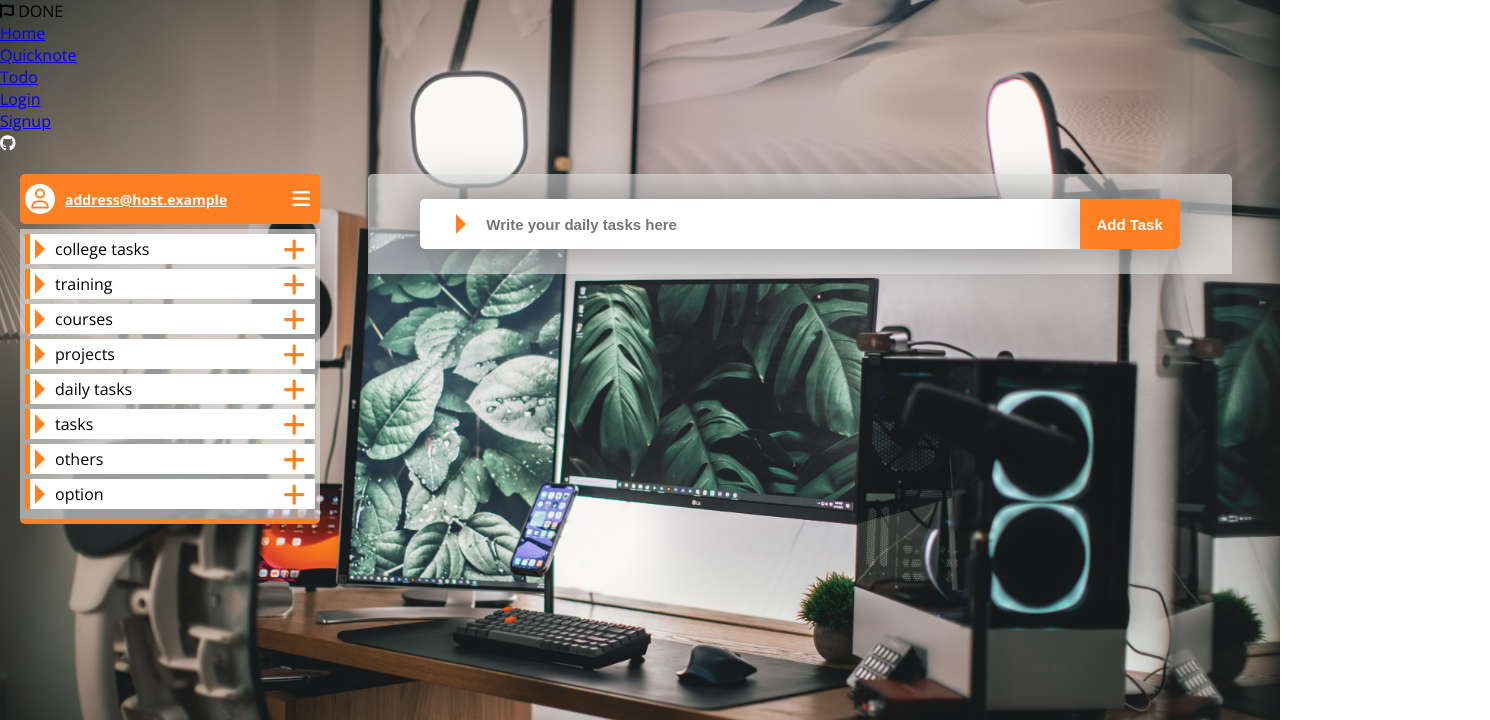
Repository: OmarEssameldinMousa/DONE
Page: mytasks.html
The author's editor kept a copy of each file at every save. The page is drawn from the files as they stood at one save, then again after the next save.
The browser window is 1280 px wide. The page is 1280 px wide, then 1490 px, so the pictures cover 1490 px, including what lies to the right of the window. The pictures show the whole page.

Above is the page before, as saved 2023-12-17 23:32:54.

After the next save:
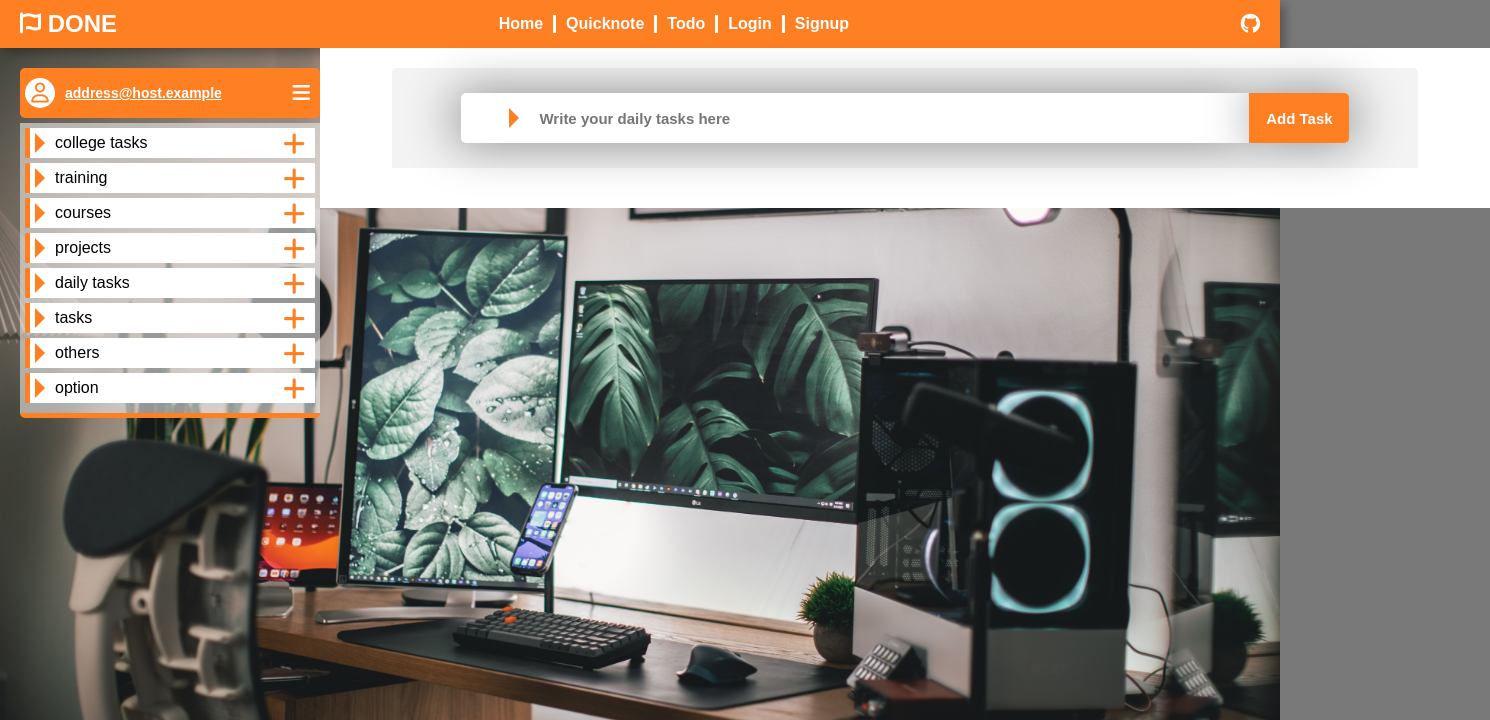
Saved 27 s later.
--- a/mytasks.html
+++ b/mytasks.html
@@ -6,6 +6,7 @@
     <meta name="viewport" content="width=device-width, initial-scale=1.0">
     <title>ToDo</title>
     <link rel="stylesheet" href="CSS/main.css">
+    <link rel="stylesheet" href="CSS/styles.css">
     <link rel="preconnect" href="https://fonts.gstatic.com" />
     <link rel="stylesheet" href="CSS/all.min.css">
     <link href="https://fonts.googleapis.com/css2?family=Open+Sans:wght@400;700&display=swap" rel="stylesheet" />
